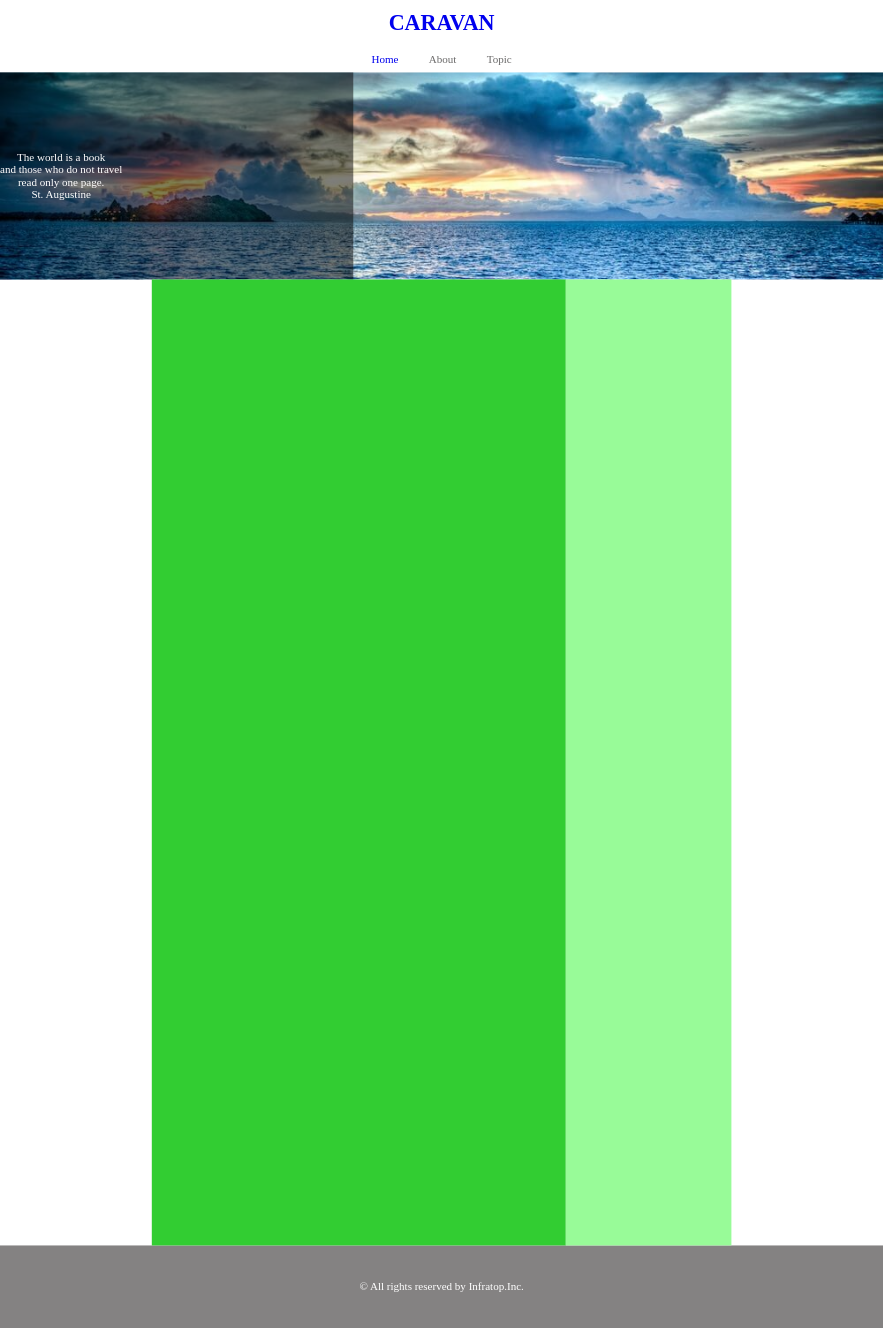
Repository: rascalNoShippo/git-practice
Page: caravan/index.html
The author's editor kept a record of every edit. The page is drawn from the files as they stood at one moment, then again after the next edit.
The browser window is 1280 px wide. The pictures show the whole page, at 69% of full size.

Above is the page before.

After the next edit:
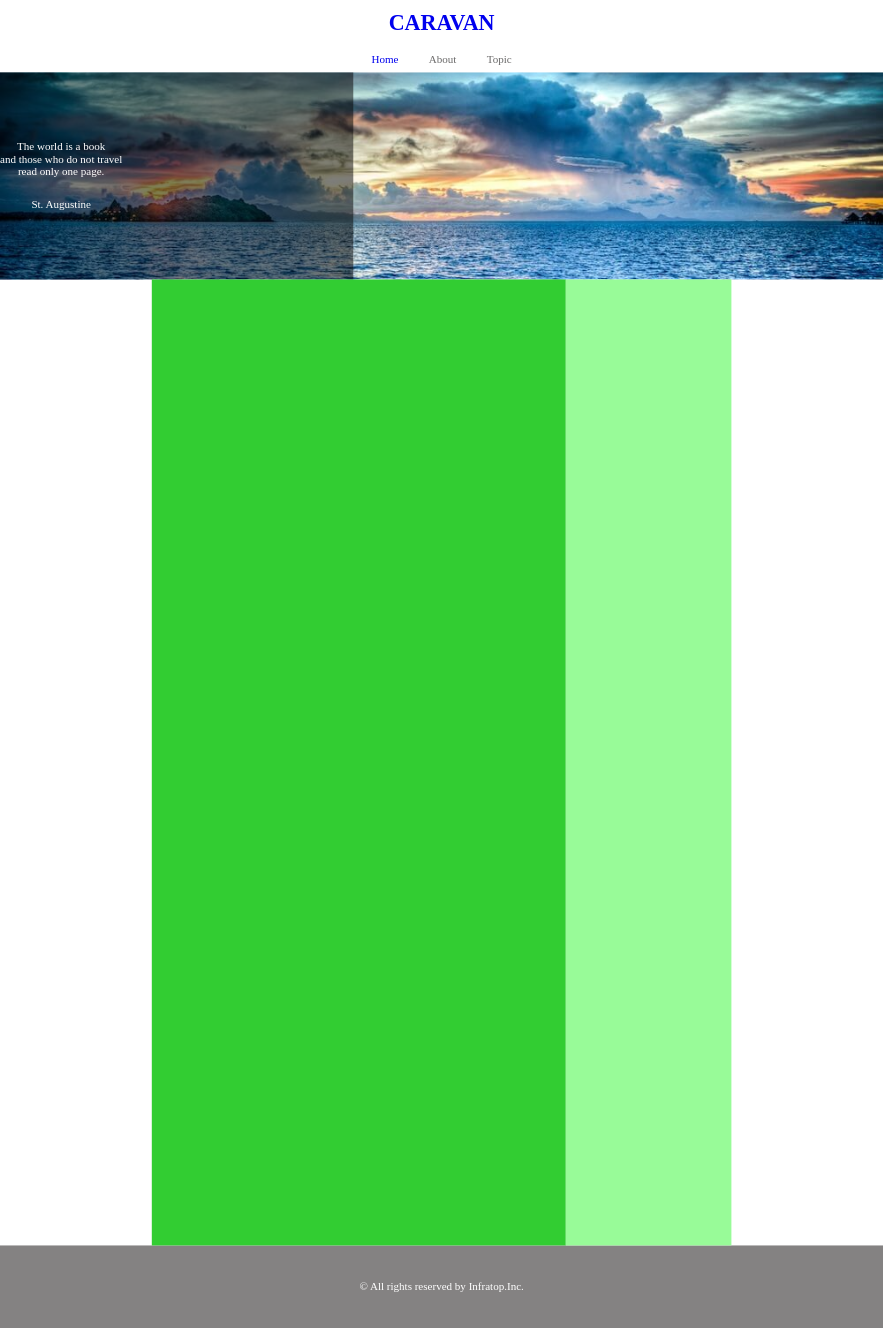
The edit:
--- a/caravan/style.css
+++ b/caravan/style.css
@@ -54,8 +54,8 @@
   color: white;
 }
 
-.main-visual-content p{
-  text-align: center;
+.main-visual-name{
+  margin-top: 30px;
 }
 
 .main{
